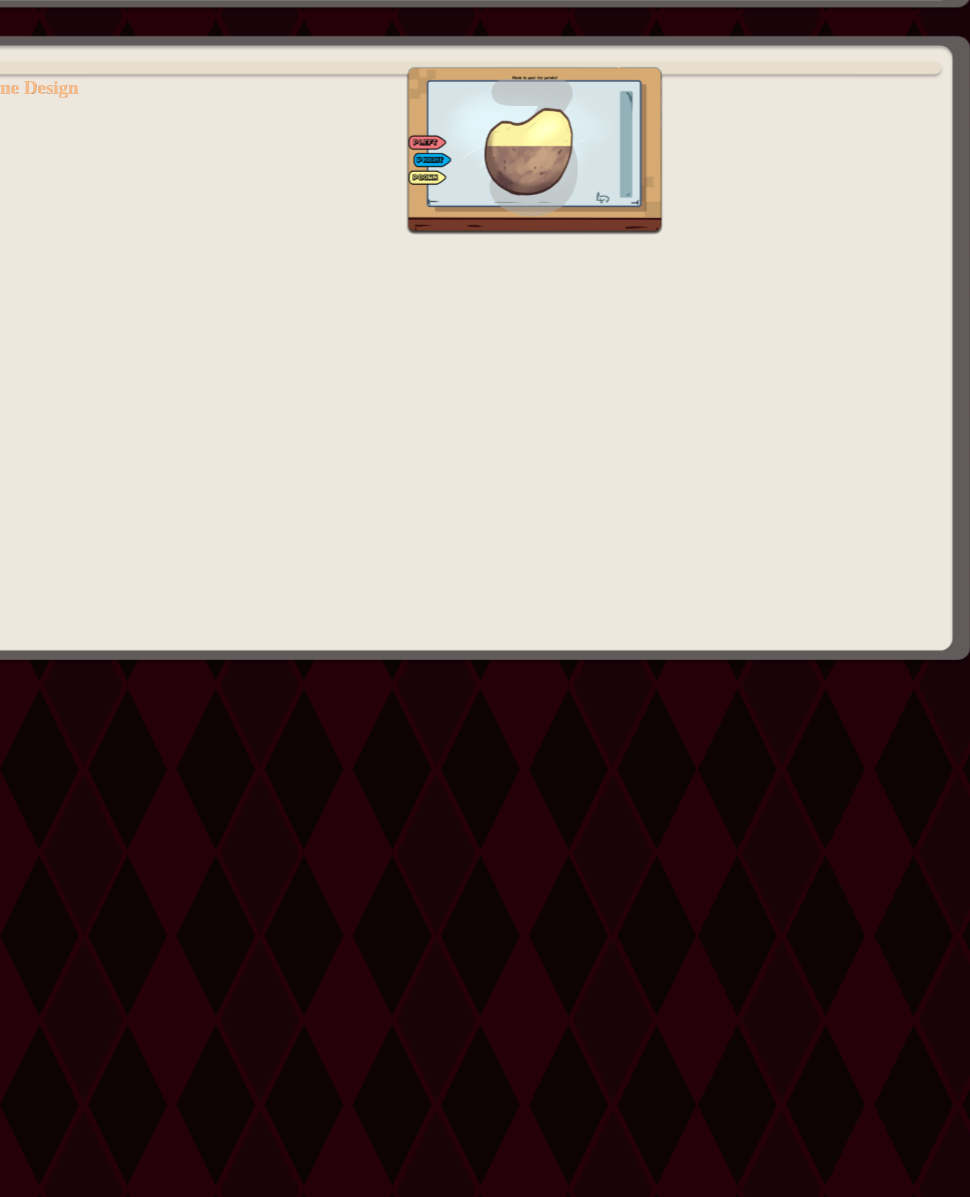
Repository: EMP-ChristinaC/Portfolio
Page: projects/potato-shuffle/potato.html
These files come from the project's save history. The page is drawn as it stood at one moment and after a run of saves; the edit follows.
The browser window is 1280 px wide. The page is 1540 px wide, so the pictures cover 1540 px, including what lies to the right of the window. The pictures show the part of the page from y = 2640 to 4540 px (the page is 4978 px tall), at 63% of full size.
Some web fonts or font styles are not loaded; a fallback is used.

Above is the page before, as saved 2024-12-09 13:44:23.

### projects/potato-shuffle/potato.html
<!DOCTYPE html>
<html lang="en">

<head>
    <meta charset="UTF-8">
    <meta name="viewport" content="width=device-width, initial-scale=1.0">
    <title>CC- Project Potato Shuffle</title>
    <!--- ////////////////// OUTSIDE STYLES //////////////////-->


    <!--- ///////////////// GOOGLE FONTS  ////////////////////-->
    <link rel="preconnect" href="https://fonts.googleapis.com">
    <link rel="preconnect" href="https://fonts.gstatic.com" crossorigin>
    <link
        href="https://fonts.googleapis.com/css2?family=Overlock:ital,wght@0,400;0,700;0,900;1,400;1,700;1,900&family=Vast+Shadow&display=swap"
        rel="stylesheet">

    <!--- /////////////// MY STYLES ////////////////-->

    <link rel="stylesheet" href="potato.css">
    <link rel="stylesheet" href="../../nav.css">
    <link rel="stylesheet" href="media-style-phone-potato.css">
    <link rel="stylesheet" href="../../media-style-two.css">
    <link rel="stylesheet" href="media-style-mac-potato.css">

    <!--- //////////////// FAVICON LINKS ///////////////////-->
    <link rel="shortcut icon" href="../../image/logo.png" type="image/x-icon">
    <link rel="icon" href="../../image/logo.png" type="image/x-icon">

</head>

<body class="home-potato">

    <!--- /////////////////////// NAVIGATION /////////////////////-->
    <header class="navigation">
        <img class="nav-background" src="../../image/nav-background.png"
            alt="A decor for the nav, it holds a logo with diamond patterns in the background.">


        <a href="../../index.html " class="nav-home">Stage</a>
        <a href="../../about-page/about.html" class="nav-about">Director</a>
        <a href="../../contact-page/contact.html" class="nav-contact">Contact</a>
        <a href="../../main-project-page/projects.html" class="nav-projects current">Projects</a>
    </header>


    <!--- /////////////////////// ARROW BUTTON /////////////////////-->
    <a href="../../projects/sniffle/sniffle.html"><img src="../../image/left-arrow.png" class="side-button-left" alt="A."></a>


    <a href="../../projects/smash-n-dash/smash.html"><img src="../../image/right-arrow.png" class="side-button-right" alt="A."></a>



    <!--- /////////////////////// BOX OUTLINE ///////////////////////-->
    <div class="box-outline-outside-potato-overview">
        <div class="box-outline-inside-potato-overview"></div>

        <!-- <div class="dia-left-potato">
            <img src="../../image/Dia-bottom-left.png"
                alt="A diamond pattern decor that is placed onto the bottom left of the box outline">
        </div>

        <div class="dia-right-potato">
            <img src="../../image/Dia-top-right.png"
                alt="A diamond pattern decor that is placed onto the bottom left of the box outline">
        </div> -->


    <div class="box-outline-paragraph-potato">
        <div class="details-potato">
            <h2>About:</h2>
            <p>
                A digital coding game inspired by Hot Potato and WarioWare. It takes elements from both games and with
                the help of Makey-Makey, it creates a fun interactive game.
                <!-- <br><br>
                Here are some images of the game. -->
            </p>
        </div>
    </div>


    <div class="box-outline-type-potato">
        <div class="type-potato">
            <p> Project Type:
                <br>
                Interactive Game
                <br><br>
                Date:
                <br>
                December 2023
                <br><br>
                Link:
                <br>
                <a href="https://emp-christinac.github.io/Potato-Shuffle/index.html">Github</a>
                <br><br>
                Role:
                <br>
                Lead Coder
            </p>
        </div>

<!-- <div class="type-two">
    <p>
        Link:
        <br>
        <a href="https://emp-christinac.github.io/Potato-Shuffle/index.html">Github</a>
        <br><br>
        Role:
        <br>
        Lead Coder
    </p>
</div> -->


        <!-- <div class="type-potato-phone">
            <p> Project Type:
                <br>
                Digital Game
                <br><br>
                Date:
                <br>
                December 2023
            </p>
        </div> -->

        <!-- <div class="type-potato-phone-two">
            <p>
                Link:
                <br>
                <a href="https://empxnifl.github.io/Potato-Shuffle/index.html">Github</a>
                <br><br>
                Role:
                <br>
                Lead Coder
            </p>
        </div> -->
    </div>

    <div class="box-outline-credit">
        <div class="credit">
            <p>Credit to:
                <br>
                Roman Lopez [Lead Designer]
                <br>
                Dominic Perron [Lead Interaction]
            </p>
        </div>

        <div class="mc-overview">
            <img src="../../image/Main-Screen.png" alt="A overview of the project Potato Shuffle.">
        </div>

    </div>




    <div class="box-outline-heading-potato">
        <div class="potato-title">
            <h1>Potato Shuffle</h1>
        </div>
    </div>
</div>
    <!--- ////////////////////////-->
    <div class="box-outline-outside-potato-play">
        <div class="box-outline-inside-potato-play"></div>

        <div>
            <div class="play">
                <p>
                </p>
            </div>

    </div>


    <!--- ////////////////////////-->

    <div class="box-outline-outside-potato-progress">
        <div class="box-outline-inside-potato-progress"></div>

        <!-- <div class="dia-left-two-potato">
            <img src="../../image/Dia-bottom-left.png"
                alt="A diamond pattern decor that is placed onto the bottom left of the box outline">
        </div>

        <div class="dia-right-two-potato">
            <img src="../../image/Dia-top-right.png"
                alt="A diamond pattern decor that is placed onto the bottom left of the box outline">
        </div> -->

        <div class="box-outline-heading-two-potato">
            <div class="heading-two">
                <h1>Menu Design</h1>
            </div>
        </div>
        <div class="box-outline-heading-three-potato">
            <div class="heading-three">
                <h1>Sprites</h1>
            </div>
        </div>

        <div class="potato-menu-one">
            <img src="../../image/Home.png" alt="The home screen of the project.">
        </div>


        <div class="potato-menu-two">
            <img src="../../image/Victory.png" alt="The victory screen of the project.">
        </div>

        <!--- ////////////////////////-->

        <div class="potato-sprites">
            <img src="../../image/potato_sway.gif" alt="A potato gif that shows the potato swaying left and right.">
        </div>


        <div class="potato-sprites-two">
            <img src="../../image/Fail.gif" alt="A explosion gif that says boom.">
        </div>

        <div class="potato-sprites-three">
            <img src="../../image/potato_flip.gif" alt="A potato gif that shows the potato fliping.">
        </div>



    </div>


    <!--- ////////////////////////-->

    <div class="box-outline-outside-potato">
        <div class="box-outline-inside-potato"></div>
        <!-- <div class="dia-left-three-potato">
            <img src="../../image/Dia-bottom-left.png"
                alt="A diamond pattern decor that is placed onto the bottom left of the box outline">
        </div>

        <div class="dia-right-three-potato">
            <img src="../../image/Dia-top-right.png"
                alt="A diamond pattern decor that is placed onto the bottom left of the box outline">
        </div> -->


        <div class="box-outline-heading-four-potato">
            <div class="heading-four-potato">
                <h1>Mini-Game Design</h1>
            </div>

            <div class="potato-event-one">
                <img src="../../image/Event-1.png" alt="One of five mini-game from the project. It shows a character running.">
            </div>

            <div class="potato-event-two">
                <img src="../../image/Event-2.png"
                    alt="One of five mini-game from the project. It shows a character shooting at a muffen.">
            </div>


            <div class="potato-event-three">
                <img src="../../image/Event-3.png"
                    alt="One of five mini-game from the project. It shows a potato dropping into a basket.">
            </div>

            <div class="potato-event-four">
                <img src="../../image/Event-4.png"
                    alt="One of five mini-game from the project. It shows a character digging up a potato.">
            </div>


            <div class="potato-event-five">
                <img src="../../image/Event-5.png" alt="One of five mini-game from the project. It shows a potato being peeled.">
            </div>

        </div>

    </div>

    <!--- ////////////////////////-->

    <div class="box-outline-outside-foot">
        <div class="box-outline-inside-foot"></div>

            <footer class="section">
                <p>© 2024 by Christina Chan. Powered and secured by Github</p>

                <div>
                    <a class="github" href="https://github.com/EMP-ChristinaC"> <img src="../../image/Github-icon.png"
                            alt="Github icon image."></a>

                    <a class="twitter" href="https://x.com/EMP_Nifl"> <img src="../../image/Twitter-Icon.png"
                            alt="Twitter icon image."></a>

                    <a class="discord" href="https://discordapp.com/users/456539039286165514"> <img src="../../image/discord-icon.webp"
                            alt="Discord icon image."></a>

                    <a class="linkedin" href="https://www.linkedin.com/in/christina-chan-290a29323/"> <img src="../../image/Linkedin-icon.webp"
                            alt="Linkedin icon image."></a>
                </div>

            </footer>
    </div>
    <!--- /////////////////////// DECOR  ///////////////////////-->


    <!-- <div class="left-curtain">
        <img src="../../image/curtains-left.png" alt="A curtain decor that is placed on the left side of the website.">
    </div>

    <div class="right-curtain">
        <img src="../../image/curtain-right.png" alt="A curtain decor that is placed on the right side of the website.">
    </div> -->

    <!--- /////////////////////// TEXT ///////////////////////-->


    <!--- /////////////////////// IMAGES ///////////////////////-->


    <!--- ////////////////////////-->




    <!--- ////////////////////////-->



</body>

</html>

### projects/potato-shuffle/potato.css

/*///////////////////////////////// Box Outline ////////////////////////////*/
.box-outline-outside-potato-overview,
.box-outline-outside-potato-progress,
.box-outline-outside-potato-play {
    width: 1800px;
    height: 804px;
    background: rgba(98, 91, 92);
    box-shadow: 0px 4px 4px rgba(0, 0, 0, 0.25);
    border-radius: 20px;
}

.box-outline-outside-potato-overview {
    position: absolute;
    top: 50%;
    left: 50%;
    transform: translate(-50%, -27%);
}

.box-outline-outside-potato-play {
    position: absolute;
    top: 50%;
    left: 50%;
    transform: translate(-50%, 79%);
}

.box-outline-outside-potato-progress {
    position: absolute;
    top: 50%;
    left: 50%;
    transform: translate(-50%, 56%);
}

/*//////////////////////////////////*/


.box-outline-outside-potato {
    width: 1800px;
    height: 990px;
    background: rgba(98, 91, 92);
    box-shadow: 0px 4px 4px rgba(0, 0, 0, 0.25);
    border-radius: 20px;
}

.box-outline-outside-potato {
    position: absolute;
    top: 50%;
    left: 50%;
    transform: translate(-50%, 1300px);
}



/*//////////////////////////////////////////////////////////////////////////////*/

.box-outline-inside-potato-overview,
.box-outline-inside-potato-progress,
.box-outline-inside-potato-play {
    width: 1745px;
    height: 780px;
    background: #EDE7DD;
    box-shadow: 0px 4px 4px rgba(0, 0, 0, 0.25) inset;
    border-radius: 20px;
}

.box-outline-inside-potato-play {
    position: absolute;
    top: 1.5%;
    left: 1.5%;
}

.box-outline-inside-potato-overview {
    position: absolute;
    top: 1.5%;
    left: 1.5%;
    /* transform: translate(-50%, -26.3%); */
}


.box-outline-inside-potato-progress {
    position: absolute;
    top: 1.5%;
    left: 1.5%;
    /* transform: translate(-50%, 84%); */
}


.box-outline-inside-potato {
    width: 1745px;
    height: 960px;
    background: #EDE7DD;
    box-shadow: 0px 4px 4px rgba(0, 0, 0, 0.25) inset;
    border-radius: 20px;
}

.box-outline-inside-potato {
    position: absolute;
    top: 1.5%;
    left: 1.5%;
    /* transform: translate(-50%, 1506px); */
}



/*///////////////////////////HEADING BOX////////////////////////////*/



.box-outline-heading-potato {
    width: 1700px;
    height: 20px;
    background: #E7DECD;
    box-shadow: 0px 4px 4px rgba(0, 0, 0, 0.25);
    border-radius: 20px;
    z-index: 1;
}

.box-outline-heading-potato {
    position: absolute;
    top: 28%;
    left: 50%;
    transform: translate(-50%, -920%);
}



.box-outline-heading-two-potato,
.box-outline-heading-three-potato,
.box-outline-heading-four-potato {
    width: 1700px;
    height: 20px;
    background: #E7DECD;
    box-shadow: 0px 4px 4px rgba(0, 0, 0, 0.25);
    border-radius: 20px;
    z-index: 1;
    position: absolute;

}

.box-outline-heading-two-potato {
    /* transform: translate(-50%, 1270%); */
    top: 4%;
    left: 3%;
}

.box-outline-heading-three-potato {
    /* transform: translate(-50%, 1900%); */
    top: 52%;
    left: 3%;
}

.box-outline-heading-four-potato {
    /* transform: translate(-50%, 2800%); */
    top: 4%;
    left: 3%;
}

.box-outline-heading-five-potato {
    /* transform: translate(-50%, 3450%); */
    top: 4%;
    left: 3%;
}

/*/////////////////////////////////////*/

.box-outline-paragraph-potato,
.box-outline-type-potato,
.box-outline-credit {
    /* background: #E7DECD;
    box-shadow: 0px 4px 4px rgba(0, 0, 0, 0.25);
    border-radius: 20px; */
    position: absolute;
    top: 50%;
    left: 30%;
}


.box-outline-paragraph-potato {
    width: 375px;
    height: 330px;
    transform: translate(-116%, -10%);
    z-index: 1;
}


.box-outline-type-potato {
    width: 375px;
    height: 200px;
    transform: translate(-116%, 90%);
    z-index: 1;
}

.box-outline-credit {
    width: 375px;
    height: 60px;
    transform: translate(-30%, 350%);
    z-index: 1;
}



/*/////////////////////////////////////*/

.box-outline-outside-foot {
    width: 100%;
    height: 200px;
    background: rgba(98, 91, 92);
    box-shadow: 0px 4px 4px rgba(0, 0, 0, 0.25);
    border-radius: 20px 20px 0 0;
    position: absolute;
    top: 50%;
    left: 50%;
    transform: translate(-50%, 1690%);
}

/*/////////////////////////////////////*/

.box-outline-inside-foot {
    width: 99%;
    height: 185px;
    position: absolute;
    background: #EDE7DD;
    box-shadow: 0px 4px 4px rgba(0, 0, 0, 0.25) inset;
    border-radius: 20px 20px 0 0;
    position: absolute;
    /* transform: translate(-50%, 1359%); */
    top: 8%;
    left: 0.5%;
}



/*///////////////////////////////// Decor ////////////////////////////*/

.dia-left-potato img {
    position: absolute;
    top: 27%;
    left: 50%;
    transform: translate(-384%, 205%);
}

.dia-right-potato img {
    position: absolute;
    top: 27%;
    right: 50%;
    transform: translate(385%, -107%);
}

/*//////////////////////////////////////////////////////////////////////*/

.dia-left-two-potato img {
    position: absolute;
    top: -80%;
    left: 50%;
    transform: translate(-384%, 656%);
}

.dia-right-two-potato img {
    position: absolute;
    top: -80%;
    right: 50%;
    transform: translate(385%, 344%);
}

/*/////////////////////////////////////*/

.dia-left-three-potato img {
    position: absolute;
    top: -186%;
    left: 50%;
    transform: translate(-384%, 1378%);
}

.dia-right-three-potato img {
    position: absolute;
    top: -186%;
    right: 50%;
    transform: translate(385%, 972%);
}

/*/////////////////////////////////////*/

.left-curtain {
    position: fixed;
    top: 0%;
    left: 11%;
    transform: translate(-100%);
}

.right-curtain {
    position: fixed;
    top: 0%;
    right: 11%;
    transform: translate(100%);
}

/*///////////////////////////////// Heading Text ////////////////////////////*/

.potato-title {
    width: 827px;
    text-align: center;
    color: #FABA84;
    font-size: 25px;
    font-family: Vast Shadow;
    font-weight: 400;
    -webkit-text-stroke: 0.1px #4C0B13;
    z-index: 1;
}

.potato-title {
    position: absolute;
    top: -20%;
    left: -9%;
    /* transform: translate(-50%, -320%); */
}


.heading-two,
.heading-three,
.heading-four-potato {
    width: 827px;
    text-align: center;
    color: #FABA84;
    font-family: Vast Shadow;
    font-weight: 400;
    -webkit-text-stroke: 0.1px #4C0B13;
    z-index: 1;
    position: absolute;
    top: 20%;
    left: -15%;
    font-size: 15px;
}

.heading-three {
    left: -18%;
}

.heading-four-potato {
    left: -12%;
}

/*///////////////////////////////// Paragraph Text ////////////////////////////*/

.details-potato p,
.details-potato h2,
.type-potato p,
.type-two p,
.credit p {
    color: #1E1E1E;
    font-family: Overlock;
    font-weight: 900;

}
.details-potato h2 {
    width: 600px;
    font-size: 35px;
    line-height: 32px;
    letter-spacing: 2px;
    position: absolute;
    top: -70%;
    left: 5%;
    z-index: 1;
}

.details-potato p {
    width: 600px;
    font-size: 25px;
    line-height: 32px;
    letter-spacing: 2px;
    position: absolute;
    top: -55%;
    left: 5%;
    z-index: 1;
    /* transform: translate(-90%, -28%); */

}

.type-potato p {
    width: 440px;
    font-size: 25px;
    line-height: 28px;
    letter-spacing: 2px;
    position: absolute;
    top: -100%;
    left: 5%;
    /* transform: translate(-95%, 105%); */
    z-index: 1;

}

.type-two p {
    width: 440px;
    font-size: 25px;
    line-height: 28px;
    letter-spacing: 2px;
    position: absolute;
    top: 0%;
    left: 64%;
    /* transform: translate(-42%, 420%); */
    z-index: 1;
}

.credit p {
    width: 440px;
    font-size: 25px;
    line-height: 32px;
    letter-spacing: 2px;
    position: absolute;
    top: -385%;
    left: 5%;
    /* transform: translate(-42%, 420%); */
    z-index: 1;
}





/*/////////////////////////////////////*/

footer.section {
    text-align: center;
    color: black;
    font-size: 14px;
    font-family: Overlock;
    font-weight: 400;

    width: 500px;
    position: absolute;
    top: 50%;
    left: 50%;
    transform: translate(-53%, 80%);

}

footer.section p {
    width: 100%;
    height: 100%;
    transform: translate(1%, 35%);
}


/*///////////////////////////////// Images ////////////////////////////*/


.mc-overview {
    width: 775px;
    height: 675px;
    position: absolute;
    top: -750%;
    left: 155%;
    overflow: hidden;
    box-shadow: 0px 4px 4px rgba(0, 0, 0, 0.25);
    border-radius: 30px;
    transform: translate(-8%, -11%);
    }



.mc-overview img {
    width: 100%;
    height: 105%;
    object-fit: cover;
    transform: translate(-0%, 0%);

    transition: all 0.3s ease-in-out;
}


.potato {
    width: 258px;
    height: 547px;
    box-shadow: 0px 4px 4px rgba(0, 0, 0, 0.25);
    border-radius: 20px;
    background-position: center;

    position: absolute;
    top: 50%;
    left: 50%;
    transform: translate(70%, 302%);
}

.potato-projects {
    width: 258px;
    height: 547px;
    box-shadow: 0px 4px 4px rgba(0, 0, 0, 0.25);
    border-radius: 20px;
    background-position: center;

    position: absolute;
    top: 50%;
    left: 50%;
    transform: translate(70%, -5%);
}

.potato-menu-one img {
    width: 470px;
    height: 320px;
    position: absolute;
    top: 10%;
    left: 70%;
    /* transform: translate(-110%, 310%); */
}

.potato-menu-two img {
    width: 470px;
    height: 320px;
    position: absolute;
    top: 10%;
    left: 42%;
    /* transform: translate(10%, 310%); */
}


.potato-sprites img {
    width: 350px;
    height: 350px;
    position: absolute;
    top: 55%;
    left: 77%;
    /* transform: translate(-150%, 370%); */
}

.potato-sprites-two img {
    width: 350px;
    height: 350px;
    position: absolute;
    top: 55%;
    left: 40%;
    /* transform: translate(-50%, 370%); */
}

.potato-sprites-three img {
    width: 350px;
    height: 350px;
    position: absolute;
    top: 55%;
    left: 60%;
    /* transform: translate(50%, 370%); */
}

.potato-event-one img {
    width: 409px;
    height: 266px;
    position: absolute;
    top: 50%;
    left: 50%;
    /* transform: translate(-105%, 610%); */
}

.potato-event-two img {
    width: 409px;
    height: 266px;
    position: absolute;
    top: 50%;
    left: 50%;
    /* transform: translate(4%, 610%); */
}

.potato-event-three img {
    width: 409px;
    height: 266px;
    position: absolute;
    top: 50%;
    left: 50%;
    /* transform: translate(-105%, 715%); */
}

.potato-event-four img {
    width: 409px;
    height: 266px;
    position: absolute;
    top: 50%;
    left: 50%;
    /* transform: translate(4%, 715%); */
}

.potato-event-five img {
    width: 409px;
    height: 266px;
    position: absolute;
    top: 50%;
    left: 50%;
    /* transform: translate(-105%, 820%); */
}

/*/////////////////////////////////////*/
.github {
    width: 45px;
    height: 45px;
    position: absolute;
    top: 50%;
    left: 50%;
    overflow: hidden;
    box-shadow: 0px 4px 4px rgba(0, 0, 0, 0.25);
    border-radius: 30px;
    transform: translate(-250%, -180%);
}

.github img {
    width: 100%;
    height: 100%;
    object-fit: cover;
    transition: all 0.3s ease-in-out;
    transform: translate(0%, 0%);
}

.twitter {
    width: 45px;
    height: 45px;
    position: absolute;
    top: 50%;
    left: 50%;
    overflow: hidden;
    box-shadow: 0px 4px 4px rgba(0, 0, 0, 0.25);
    border-radius: 30px;
    transform: translate(-100%, -180%);
}

.twitter img {
    width: 100%;
    height: 100%;
    object-fit: cover;
    transition: all 0.3s ease-in-out;
    transform: translate(-0%, -0%);
}


.discord {
    width: 45px;
    height: 45px;
    position: absolute;
    top: 50%;
    left: 50%;
    overflow: hidden;
    box-shadow: 0px 4px 4px rgba(0, 0, 0, 0.25);
    border-radius: 30px;
    transform: translate(50%, -180%);
}

.discord img {
    width: 100%;
    height: 100%;
    object-fit: cover;
    transition: all 0.3s ease-in-out;
    transform: translate(-0%, -0%);
}


.linkedin {
    width: 45px;
    height: 45px;
    position: absolute;
    top: 50%;
    left: 50%;
    overflow: hidden;
    box-shadow: 0px 4px 4px rgba(0, 0, 0, 0.25);
    border-radius: 30px;
    transform: translate(200%, -180%);
}

.linkedin img {
    width: 100%;
    height: 100%;
    object-fit: cover;
    transition: all 0.3s ease-in-out;
    transform: translate(-0%, -0%);
}

### media-style-two.css
@media screen and (max-width: 1660px) {

    .left-curtain {
        display: none;
    }

    .right-curtain {
        display: none;
    }

}

Loaded but not shown: projects/potato-shuffle/media-style-phone-potato.css (424 lines, source omitted); nav.css (208 lines, source omitted); projects/potato-shuffle/media-style-mac-potato.css (93 lines, source omitted)

After the next 2 saves:
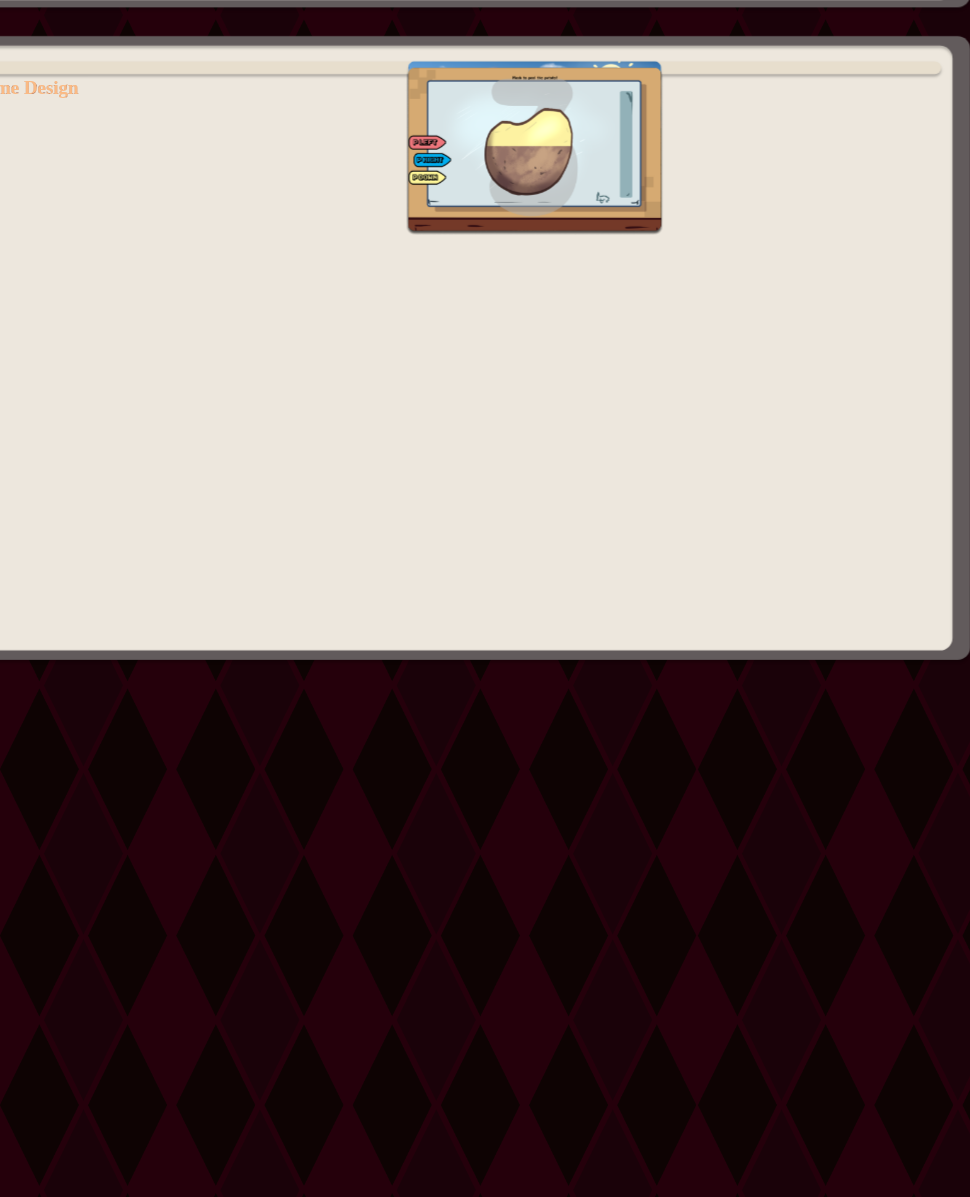
The 2 saves are shown as one change because they came seconds apart.
The last was saved 15 min 36 s later.
--- a/projects/potato-shuffle/potato.css
+++ b/projects/potato-shuffle/potato.css
@@ -543,7 +543,7 @@ footer.section p {
     width: 409px;
     height: 266px;
     position: absolute;
-    top: 50%;
+    top: 0%;
     left: 50%;
     /* transform: translate(-105%, 610%); */
 }
